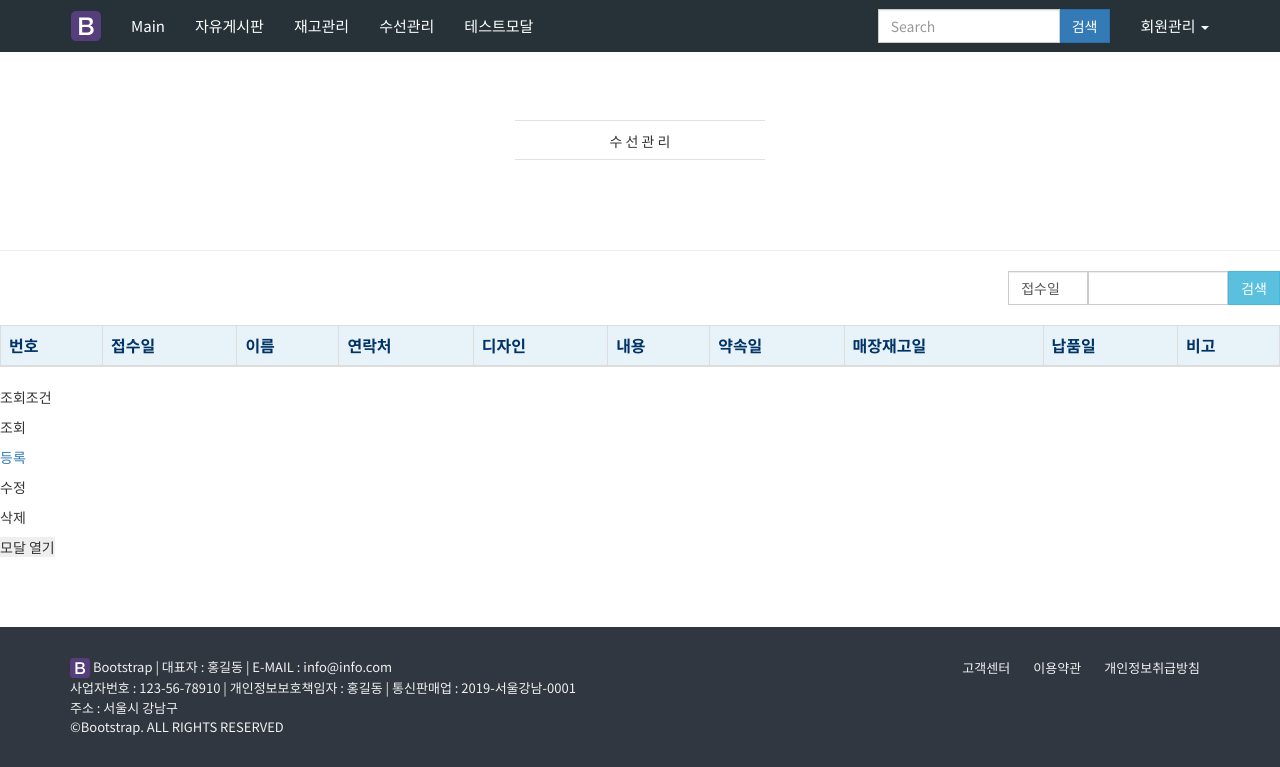
Repository: RattenLegs/Project_Inventory
Page: http://localhost/Project_Inventory/WEB-INF/views/repairboard/repairList.jsp
The author's editor kept a copy of each file at every save. The page is drawn from the files as they stood at one save, then again after the next save.
The browser window is 1280 px wide. The pictures show the whole page.
Some web libraries are served in a nearby version. The page is served by Tomcat 9. Nobody is signed in. Other server files are loaded and not shown. The template is opened directly, without the code that normally fills it, so the values that code supplies are empty.

Above is the page before, as saved 2023-02-10 16:58:32.

### Project_Inventory/src/main/webapp/WEB-INF/views/repairboard/repairList.jsp
<%@ taglib uri="http://java.sun.com/jsp/jstl/core" prefix="c"%>
<%@ page session="false"%>
<%@ page language="java" contentType="text/html; charset=UTF-8"
	pageEncoding="UTF-8"%><!-- 한글 깨질때 꼭 해야함 -->
<html>
<head>
<meta charset="UTF-8">
<meta http-equiv="X-UA-Compatible" content="IE=edge">
<meta name="viewport" content="width=device-width, initial-scale=1.0">

<style>
.background {
	position: fixed;
	top: 0;
	left: 0;
	width: 100%;
	height: 100vh;
	background-color: rgba(0, 0, 0, 0.3);
	z-index: 1000;
	/* 숨기기 */
	z-index: -1;
	opacity: 0;
}

.modalOpen {
	opacity: 1;
	z-index: 1000;
	transition: all .5s;
}

.window {
	position: relative;
	width: 100%;
	height: 100%;
}

.modalyes {
	position: absolute;
	top: 50%;
	left: 50%;
	transform: translate(-50%, -50%);
	background-color: #ffffff;
	box-shadow: 0 2px 7px rgba(0, 0, 0, 0.3);
	/* 임시 지정 */
	width: 50%;
	height: 50%;
	/* 초기에 약간 아래에 배치 */
	transform: translate(-50%, -40%);
}

.modalOpen .modalyes {
	transform: translate(-50%, -50%);
	transition: all .5s;
}
</style>

<title>수선관리 시스템입니다.</title>
<%@ include file="../../views/include/header.jsp"%>

</head>
<body>
	<section>
		<div class="container-fluid">
			<div class="row">
				<!--lg에서 9그리드, xs에서 전체그리드-->
				<div class="col-lg-9 col-xs-12 board-table">
					<div class="titlebox">
						<p>수 선 관 리</p>
					</div>
				</div>
			</div>
		</div>
		<hr>

		<form action="<c:url value='/repairboard/repairList' />">
			<div class="search-wrap">
				<button type="submit" class="btn btn-info search-btn">검색</button>
				<input type="text" name="keyword" class="form-control search-input"
					value="${pc.paging.keyword}"> <select
					class="form-control search-select" name="condition">
					<option value="title"
						${pc.paging.condition == 'title' ? 'selected' : ''}>접수일</option>
					<option value="content"
						${pc.paging.condition == 'content' ? 'selected' : ''}>이름</option>
					<option value="writer"
						${pc.paging.condition == 'writer' ? 'selected' : ''}>연락처</option>
					<option value="titleContent"
						${pc.paging.condition == 'titleContent' ? 'selected' : ''}>디자인</option>
					<option value="titleContent"
						${pc.paging.condition == 'titleContent' ? 'selected' : ''}>내용</option>
					<option value="titleContent"
						${pc.paging.condition == 'titleContent' ? 'selected' : ''}>약속일</option>
					<option value="titleContent"
						${pc.paging.condition == 'titleContent' ? 'selected' : ''}>매장재고일</option>
					<option value="titleContent"
						${pc.paging.condition == 'titleContent' ? 'selected' : ''}>납품일</option>
				</select>
			</div>
		</form>

		<div>
			<table class="table table-bordered">
				<thead>
					<tr>
						<th>번호</th>
						<th>접수일</th>
						<th>이름</th>
						<th>연락처</th>
						<th>디자인</th>
						<th>내용</th>
						<th>약속일</th>
						<th>매장재고일</th>
						<th>납품일</th>
						<th>비고</th>
					</tr>
				</thead>

				<tbody>
				</tbody>

				<tfoot>
				</tfoot>


			</table>
		</div>

		<div>
			<p>조회조건</p>
			<p>조회</p>
			<p>
				<a href="<c:url value='/repairboard/addRepair'/>">등록</a>
			</p>
			<p>수정</p>
			<p>삭제</p>

		</div>

		<button id="modalOpen">모달 열기</button>

		<div class="background">
			<div class="window">
				<div class="modalyes">
					<div>
						<p>조회조건</p>
						<p>조회</p>
						<p>
							<a href="<c:url value='/repairboard/addRepair'/>">등록</a>
						</p>
						<p>수정</p>
						<p>삭제</p>

					</div>

					<button id="modalClose">모달 닫기</button>
				</div>
			</div>
		</div>


	</section>
	<%@ include file="../../views/include/footer.jsp"%>
</body>


<script>
	function modalOpen() {
		document.querySelector(".background").className = "background modalOpen";
	}

	function close() {
		document.querySelector(".background").className = "background";
	}

	document.querySelector("#modalOpen").addEventListener("click", modalOpen);
	document.querySelector("#modalClose").addEventListener("click", close);
	document.querySelector(".background").addEventListener("click", close); //바깥 클릭시에도 닫히게 하기
</script>

</html>

### Project_Inventory/src/main/webapp/WEB-INF/views/include/header.jsp
<%@ page language="java" contentType="text/html; charset=UTF-8"
	pageEncoding="UTF-8"%>
<%@ taglib uri="http://java.sun.com/jsp/jstl/core" prefix="c"%>

<!DOCTYPE html>
<html>
<head>

<meta charset="utf-8">
<meta http-equiv="X-UA-Compatible" content="IE=edge">
<meta name="viewport" content="width=device-width, initial-scale=1">
<title>인덱스를 만들어 보자</title>

<!--
		${pageContext.request.contextPath} == <c:url value='' />
	 -->

<link
	href="${pageContext.request.contextPath}/resources/css/bootstrap.css"
	rel="stylesheet">
<script
	src="https://ajax.googleapis.com/ajax/libs/jquery/1.11.2/jquery.min.js"></script>
<!--개인 디자인 추가-->
<link href="${pageContext.request.contextPath}/resources/css/style.css"
	rel="stylesheet">
<script
	src="${pageContext.request.contextPath}/resources/js/bootstrap.js"></script>
</head>
<body>
	<header>
		<div class="container-fluid">
			<div class="row">
				<div class="container">
					<div class="navbar">
						<div class="navbar-header">
							<!--data-toggle 같은 것들은 내부적으로 지원하는 반응형 API기능이므로 지우면 안됩니다-->
							<button type="button" class="navbar-toggle"
								data-toggle="collapse" data-target="#myNavbar">
								<span class="icon-bar"></span> <span class="icon-bar"></span> <span
									class="icon-bar"></span>
							</button>
							<a class="navbar-brand" href="#"><img width="30"
								src="${pageContext.request.contextPath }/resources/img/logo.svg"
								alt="Brand"></a>
						</div>


						<div class="collapse navbar-collapse" id="myNavbar">
							<ul class="nav navbar-nav">
								<li class="active"><a href="<c:url value='/' />">Main</a></li>
								<li><a href="<c:url value='/freeboard/freeList' />">자유게시판</a></li>
								<li><a
									href="<c:url value='/inventoryboard/inventoryList' />">재고관리</a></li>
								<li><a href="<c:url value='/repairboard/repairList' />">수선관리</a></li>
							<li><a href="<c:url value='/testModal/testModalMain' />">테스트모달</a></li>
								<!--
				<li><a href="#">강의</a></li>
                                <li><a href="#">Form</a></li>
                                <li><a href="#">Board</a></li>
 				-->

							</ul>
							<ul class="nav navbar-nav navbar-right">
								<li class="dropdown"><a class="dropdown-toggle"
									data-toggle="dropdown" href="#">회원관리 <span class="caret"></span></a>
									<ul class="dropdown-menu">
										<li><a href="<c:url value='/user/userLogin' />"><span
												class="glyphicon glyphicon-log-in"></span>Login</a></li>
										<li><a href="<c:url value='/user/userJoin' />"><span
												class="glyphicon glyphicon-user"></span></a></li>
										<!--                                         <li><a href="#"><span class="glyphicon glyphicon-user"></span>MyPage</a></li> -->
										<li><a href="#"><span
												class="glyphicon glyphicon-log-out"></span>Logout</a></li>
									</ul></li>
							</ul>

							<form class="navbar-form navbar-right" action="">
								<div class="input-group">
									<input type="text" class="form-control" placeholder="Search">
									<div class="input-group-btn">

										<button class="btn btn-primary" type="submit">검색</button>
									</div>
								</div>
							</form>
						</div>
					</div>
				</div>
			</div>
		</div>
	</header>

### Project_Inventory/src/main/webapp/WEB-INF/views/include/footer.jsp
<%@ page language="java" contentType="text/html; charset=UTF-8"
    pageEncoding="UTF-8"%>
    <footer>
        <div class="container">
            <div class="row">
                <div class="col-md-7 col-sm-12">
                    <div class="copyright">
                        <a href="">
                            <img width="20" src="${pageContext.request.contextPath }/resources/img/logo.svg" alt="Brand">
                        </a>
                        Bootstrap | 대표자 : 홍길동 | E-MAIL : info&#64;info.com<br>
                        사업자번호 : 123-56-78910 | 개인정보보호책임자 : 홍길동 | 통신판매업 : 2019-서울강남-0001<br>
                        주소 : 서울시 강남구
                        <address>&copy;Bootstrap. ALL RIGHTS RESERVED</address>
                    </div>
                </div>
                <div class="col-md-5 col-sm-12 text-right">
                    <ul class="footer-menu">
                        <li><a href="#">고객센터</a></li>
                        <li><a href="#">이용약관</a></li>
                        <li><a href="#">개인정보취급방침</a></li>
                    </ul>
                </div>
            </div>
        </div>
    </footer>
    <!-- //footer -->

### Project_Inventory/src/main/webapp/resources/css/style.css
/*=========웹폰트 선언=========*/
@import
	url('https://fonts.googleapis.com/css?family=Noto+Sans+KR&display=swap')
	;
/*===========================*/

/*디자인 시작시 기본 선언*/
* { /* 기본선언: 마딩, 패딩 0, 요소크기에 padding, border값을 포함 x*/
	padding: 0;
	margin: 0;
	box-sizing: border-box;
}

body, html {
	width: 100%;
	min-width: 320px;
	font-family: 'Noto Sans KR', sans-serif; /*웹폰트 사용*/
}

img {
	max-width: 100%; /*사이즈가 변해도 넓이를 유지 */
	height: auto; /*사이즈가 변해도 높이를 유지 */
	/*vertical-align: top;*/
}

input, textarea, button, select {
	/*고유하게 적용되어있는 form관련 요소들을 제거해서 여러브라우저에서 동일한디자인을 얻게함*/
	-webkit-appearance: none;
	-moz-appearance: none;
	appearance: none;
	border: none
}

ul, ol, dl, li {
	list-style: none /*순서 요소들이 리스트스타일을 업앤다 */
}

.btn {
	border-radius: 0px;
}

/*=========헤더=========*/
.carousel-control.right, .carousel-control.left {
	background-image: linear-gradient(to right, rgba(0, 0, 0, .0001) 0%,
		rgba(0, 0, 0, 0) 100%)
}
header {
	position: fixed;
	left: 0;
	top: 0;
	width: 100%;
	z-index: 50; /*position을 이용하면 요소가 겹쳐질 수 있다. 숫자가 제일 높은값이 위로 떠오른다*/
}
header {
	background: #263238;
}

section {
	margin-top: 50px;
}

/*header 의 모든 컨테이너 클래스에 적용함 */
header .container {
	padding: 0;
}
/*navbar의 margin: 0으로 */
.navbar {
	margin-bottom: 0px;
}
/*이미지 위치 조정 */
.navbar-brand {
	padding: 10px 15px;
}
/*nav의 a변경*/
.nav>li>a {
	font-size: 15px;
	color: white;
}
/*na의 a 호버시 기능 변경 */
.nav>li>a:hover, .nav>li>a:focus {
	background-color: #304047;
}

/* 토글메뉴 윤곽색 변경 */
.navbar-toggle {
	border-color: white;
}

.navbar-toggle>.icon-bar {
	background-color: white;
}
/*개발자도구에서 확인후 색깔변경*/
.nav .open>a:focus {
	background-color: #304047;
}
/*부트스트랩의 드롭다운시 a태그 색상변경  */
.dropdown-menu>li>a {
	color: #f5f5f5;
}
/*======슬라이더=======*/
.slide-list {
	padding: 0;
}
/* ===================================
    Footer style
====================================== */
footer {
	margin-top: 70px;
	background-color: #303740;
	padding: 30px 0;
}

footer .copyright {
	font-size: 13px;
	line-height: 20px;
	color: #f1f1f1;
}

footer .copyright address {
	margin-bottom: 0;
}

footer .footer-menu li {
	display: inline-block;
	padding: 0 10px;
}

footer .footer-menu li a {
	display: block;
	color: #f1f1f1;
	font-size: 13px;
}

/*===========본문=========== */
/*섹션전체에 패딩 추가*/
section {
	/*위 60px 나머지 0 */

}

.prod-list, .prod-link {
	border: 1px solid #ddd; /*윤곽 1, 한줄, 색상 */
	display: block; /* 블락요소로 변경 반드시 필요 */
	text-align: center; /*이미지 가운데 정렬*/
	/* position: relative;*/
}
/*기본 부트설정은 좌우 15px임 -> col에 대해 전부 5px로 바꿔버린다*/
.prod-list, .prod-list>li[class*="col-"] {
	padding: 5px;
}

/*호버기능 추가*/
.prod-link:hover {
	border-color: #4285F4;
}

.prod-link>.arrow {
	display: block; /*span은 인라인 요소입니다 인라인요소는 position속성을 사용할수 없습니다*/
	position: absolute;
	/*원래 위치에서 따로 띠어내어 부모위치로 조정한다 width, heigth를 필수로 지정해야한다*/
	left: 15px; /*좌우 위치조정 left, right 중 한개만쓴다*/
	bottom: 15px; /*위아래 위치조정 top, bottom 중한개만 쓴다 */
	width: 36px; /* 넓이값 조정 */
	height: 36px; /* 높이값 조정*/
	line-height: 36px; /*텍스트가 위치에 맞게 높이와 동일하게 설정 */
	background-color: #ccc;
	color: #fff;
	opacity: 1; /*투명도*/
}
/* .hover클래스의 넓이 색상 투명도*/
.prod-link>.hover {
	width: 100px;
	background-color: #4285F4;
	opacity: 0;
}
/*link호버시 arrow클래스를 투명도 0*/
.prod-link:hover>.arrow {
	opacity: 0;
}
/*link호버시 hover클래스를 투명도 1*/
.prod-link:hover>.hover {
	opacity: 1;
}

/*========회원가입 폼 디자인=========*/
/*제목박스(계속사용) */
.titlebox {
	width: 250px;
	text-align: center;
	height: 40px;
	line-height: 40px;
	margin: 70px auto;
	border-top: 1px solid #E1E1E1;
	border-bottom: 1px solid #E1E1E1;
}

.join-form {
	margin: 0 auto;
	/*가운대 정렬방법 하지만 적용되지 않는다. 이유는 col클래스들이 float:left를 들고 있기 때문*/
	float: none; /*플롯을 해제한다. 가운대정렬이 들어간다*/
}
/*조인폼클래스의 form태그의 접근 */
.join-form form {
	border-radius: 8px; /*윤곽 8*/
	padding: 15px; /*모든 패딩 15*/
	/*박스 쉐도우: 그림자가 가로로떨어진간격, 세로로떨어진 간격, 흐릿정도, 그림자색상*/
	box-shadow: 0px 8px 16px rgba(0, 0, 0, 0.15)
}

.input-group-addon {
	padding: 0;
	border: none; /*윤곽 모두 0*/
	border-radius: 0;
}
/*폼컨트롤, 인풋그룹 내부에 모든 버튼 라디우스 0 */
.form-control, .form-group .btn {
	border-radius: 0;
}
/*포커스시 윤곽 색 변경*/
.form-control:focus {
	border-color: #555;
}
/* 핸드폰폼 디자인 */
.input-group .phone1 {
	width: 33.3333%;
}

.input-group .phone2 {
	width: 66.6666%;
}
/*이메일폼 디자인 */
.email-form {
	box-sizing: border-box;
	overflow: hidden;
}

.email-form input {
	width: 33.33%;
	float: left;
}

.email-form select {
	width: 66.66%;
	float: left;
}
/*=========로그인 디자인==========*/
.login-form {
	margin: 0 auto;
	float: none;
}

.login-form form {
	border-radius: 8px; /*윤곽 8*/
	padding: 70px 120px; /*위아래, 좌우*/
	/*박스 쉐도우: 그림자가 가로로떨어진간격, 세로로떨어진 간격, 흐릿정도, 그림자색상*/
	box-shadow: 0px 8px 16px rgba(0, 0, 0, 0.15);
	margin-bottom: 174px; /*화면에 딱맞게 밀어준다*/
}

/*========회원정보 디자인=========*/
.m-control .m-title {
	min-width: 100px; /*화면줄었을때 최소크기*/
	vertical-align: middle; /*가운대 정렬*/
}

.m-control .form-control {
	width: 200px;
	display: inline; /*인라인요소로 변경한다*/
}
/*개발자 도구에서 input-sm의 정렬을 푼다*/
.m-control .input-sm {
	height: auto;
	line-height: normal;
}
/*sel의 크기만 지정*/
.m-control  .sel {
	width: 80px;
}

.m-control .add {
	width: 400px;
}

.titlefoot {
	text-align: center; /*인라인의 텍스트정렬 가운데*/
	margin: 30px auto; /*박스의 가운데정렬*/
	width: 50%; /*크기 50%*/
}

/*==========자게 디자인==========*/
.titlebox {
	width: 250px;
	text-align: center;
	height: 40px;
	line-height: 40px;
	margin: 70px auto;
	border-top: 1px solid #E1E1E1;
	border-bottom: 1px solid #E1E1E1;
}
/*자게 그리드*/
.board-table {
	float: none; /*col의 플로팅 해제 */
	margin: 0 auto;
}
/*---검색버튼--- */
.search-wrap {
	overflow: hidden; /*부모요소에 히든 */
	margin-bottom: 20px;
}

.search-btn, .search-input, .search-select {
	float: right; /*우측 플로팅 */
}

.search-input {
	width: 140px;
}

.search-select {
	width: 80px;
}

/*제목에 클래스를 줘서 강제로 크기 고정*/
.board-title {
	width: 300px;
}
/*th의 순차적 접근 색상변경 */
.table-bordered>thead>tr>th {
	background-color: #E7F2F9;
	color: #003366;
}

/*테이블 안에 a태그에 순차적 접근 */
.table-bordered>tbody>tr>td>a, .table-bordered>tbody>tr>td>a:hover {
	color: black;
}

.pagination {
	margin: 0; /*페이지 네이션의 기본 마진 0*/
}

.text-center .btn {
	float: right; /*오른쪽으로 쌓아서 우측정렬 시킨다*/
	border: 0; /*border스타일 해제*/
	border-radius: 0; /*윤곽 0*/
	padding: 5px 10px; /*버튼 패딩을 페이지네이션과 맞춘다*/
}

/*==========자게 글쓰기==========*/
.titlebox {
	width: 250px;
	text-align: center;
	height: 40px;
	line-height: 40px;
	margin: 70px auto;
	border-top: 1px solid #E1E1E1;
	border-bottom: 1px solid #E1E1E1;
}

.t-control .t-title {
	width: 100px;
	min-width: 100px; /*화면줄었을때 최소크기*/
	vertical-align: middle; /*테이블에서 세로 가운대정렬*/
}

/*input 요소의 넓이만 선택*/
.t-control input {
	width: 200px;
	display: inline; /*인라인요소로 변경한다*/
}

/*개발자 도구에서 input-sm의 정렬을 푼다*/
.t-control .input-sm {
	height: auto;
	line-height: normal;
}
/*td의 아래만 밑줄*/
.t-control td {
	border-bottom: 1px solid #E1E1E1;
}

.titlefoot {
	text-align: center;
	margin: 30px auto; /*박스의 가운데정렬*/
	width: 50%; /*크기 50%*/
}
/*==========자게 상세보기==========*/
.write-wrap {
	margin: 0 auto;
	/*가운대 정렬방법 하지만 적용되지 않는다. 이유는 col클래스들이 float:left를 들고 있기 때문*/
	float: none; /*플롯을 해제한다. 가운대정렬이 들어간다*/
}
/*=======댓글========*/
.reply-wrap {
	background-color: #f5f5f5;
	padding: 15px;
	border: 1px solid #ddd;
	position: relative; /*부모에 relative*/
}

.reply-wrap .reply-image {
	position: absolute; /*자식에서 absolute로 부모요소 위치로 조정*/
	left: 15px;
	top: 15px;
}

.reply-wrap .reply-content {
	padding-left: 60px;
}
/*부트스트랩의 form-control 조정 */
.reply-content>.form-control {
	resize: vertical; /*세로로만 조정가능*/
	width: 100%; /*최대 100%*/
	min-height: 80px; /*최대 넓이*/
	margin-bottom: 10px;
}

.reply-input>.form-control {
	width: 200px;
	margin-bottom: 5px;
}

.reply-group {
	overflow: hidden;
}

.reply-input {
	float: left;
}

.reply-group .right {
	float: right;
}

/*댓글 영역*/
.reply-group small {
	margin-left: 10px;
	height: 20px;
	line-height: 20px;
}

.reply-group small, .reply-group strong {
	float: left;
}

.reply-group a {
	text-decoration: none;
	color: #777;
	float: right;
}
/*댓글창 포커스시 서서히 보이기 */
.reply-content textarea {
	height: 50px;
	transition: height .4s ease-in-out;
}

.reply-content textarea:focus {
	height: 150px;
}
/*==========토글탭 mypage==========*/
.tabs-style {
	background-color: #607D8B;
}
/*탭버튼 아래 마진 50*/
.tabs-style {
	margin-bottom: 50px;
}

.tabs-style>li {
	margin-bottom: 0;
}

.tabs-style li a {
	background-color: #607D8B;
	border: none;
	margin: 0;
	border-radius: 0px;
}

.tabs-style li.active a, .tabs-style li.active a:hover, .tabs-style li.active a:focus
	{
	border: none;
	background-color: #56707D;
	color: #fff;
}

.myInfo {
	margin: 0 auto;
	float: none;
}

.myInfo-inner {
	margin: 0;
	float: none;
}

/*==========mypage check==========*/
.infoCheck {
	margin: 0 auto;
	float: none;
}

.infoCheck-form ul {
	width: 270px;
	margin: 0 auto;
}

.infoCheck-form li {
	position: relative;
	padding-left: 95px;
}

.infoCheck-form li .lab {
	font-size: 20px;
	position: absolute;
	top: 0;
	left: 0;
}

.infoCheck-form input {
	width: 170px;
	margin: 0;
}

.infoCheck .alert {
	margin-bottom: 50px;
	border-radius: 0;
}

.infoCheck-btn {
	width: 270px;
	margin-top: 40px;
	margin: 0 auto;
}

.infoCheck-btn button {
	margin-top: 20px;
	padding: 5px 51.5px;
}

### Project_Inventory/src/main/webapp/resources/img/logo.svg
<svg xmlns="http://www.w3.org/2000/svg" viewBox="0 0 612 612" focusable="false" role="img">
  <title>Bootstrap</title>
  <path fill="#563D7C" d="M612 510c0 56.1-45.9 102-102 102H102C45.9 612 0 566.1 0 510V102C0 45.9 45.9 0 102 0h408c56.1 0 102 45.9 102 102v408z"/>
  <path fill="#FFF" d="M166.3 133h173.5c32 0 57.7 7.3 77 22s29 36.8 29 66.5c0 18-4.4 33.4-13.2 46.2-8.8 12.8-21.4 22.8-37.8 29.8v1c22 4.7 38.7 15.1 50 31.2 11.3 16.2 17 36.4 17 60.8 0 14-2.5 27.1-7.5 39.2-5 12.2-12.8 22.7-23.5 31.5s-24.3 15.8-41 21-36.5 7.8-59.5 7.8h-164V133zm62.5 149.5h102c15 0 27.5-4.2 37.5-12.8s15-20.8 15-36.8c0-18-4.5-30.7-13.5-38s-22-11-39-11h-102v98.6zm0 156.5h110.5c19 0 33.8-4.9 44.2-14.8 10.5-9.8 15.8-23.8 15.8-41.8 0-17.7-5.2-31.2-15.8-40.8s-25.2-14.2-44.2-14.2H228.8V439z"/>
</svg>

Loaded but not shown: Project_Inventory/src/main/webapp/resources/css/bootstrap.css (library); Project_Inventory/src/main/webapp/resources/js/bootstrap.js (library)

After the next save:
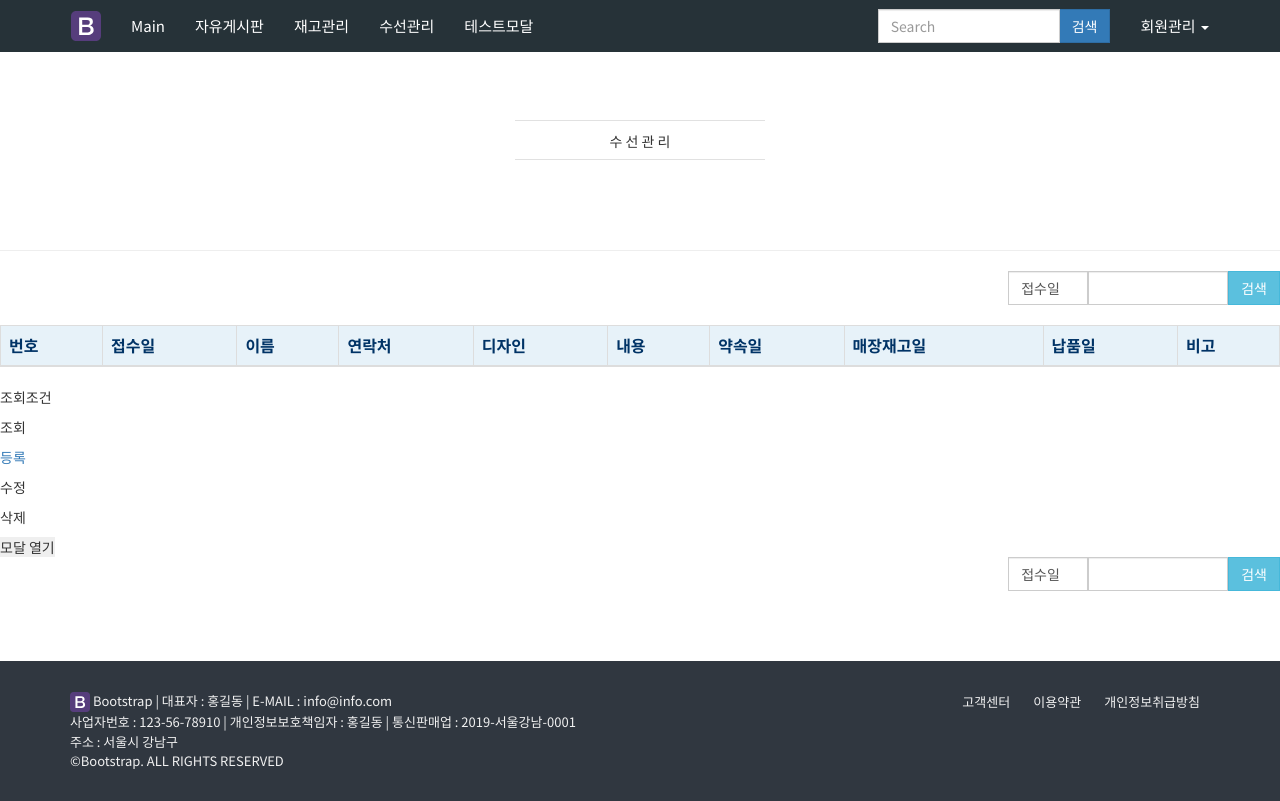
Saved 2 min 5 s later.
--- a/Project_Inventory/src/main/webapp/WEB-INF/views/repairboard/repairList.jsp
+++ b/Project_Inventory/src/main/webapp/WEB-INF/views/repairboard/repairList.jsp
@@ -136,6 +136,8 @@
 
 		</div>
 
+
+
 		<button id="modalOpen">모달 열기</button>
 
 		<div class="background">
@@ -157,6 +159,31 @@
 			</div>
 		</div>
 
+		<form action="<c:url value='/repairboard/repairList' />">
+			<div class="search-wrap">
+				<button type="submit" class="btn btn-info search-btn">검색</button>
+				<input type="text" name="keyword" class="form-control search-input"
+					value="${pc.paging.keyword}"> <select
+					class="form-control search-select" name="condition">
+					<option value="title"
+						${pc.paging.condition == 'title' ? 'selected' : ''}>접수일</option>
+					<option value="content"
+						${pc.paging.condition == 'content' ? 'selected' : ''}>이름</option>
+					<option value="writer"
+						${pc.paging.condition == 'writer' ? 'selected' : ''}>연락처</option>
+					<option value="titleContent"
+						${pc.paging.condition == 'titleContent' ? 'selected' : ''}>디자인</option>
+					<option value="titleContent"
+						${pc.paging.condition == 'titleContent' ? 'selected' : ''}>내용</option>
+					<option value="titleContent"
+						${pc.paging.condition == 'titleContent' ? 'selected' : ''}>약속일</option>
+					<option value="titleContent"
+						${pc.paging.condition == 'titleContent' ? 'selected' : ''}>매장재고일</option>
+					<option value="titleContent"
+						${pc.paging.condition == 'titleContent' ? 'selected' : ''}>납품일</option>
+				</select>
+			</div>
+		</form>
 
 	</section>
 	<%@ include file="../../views/include/footer.jsp"%>
